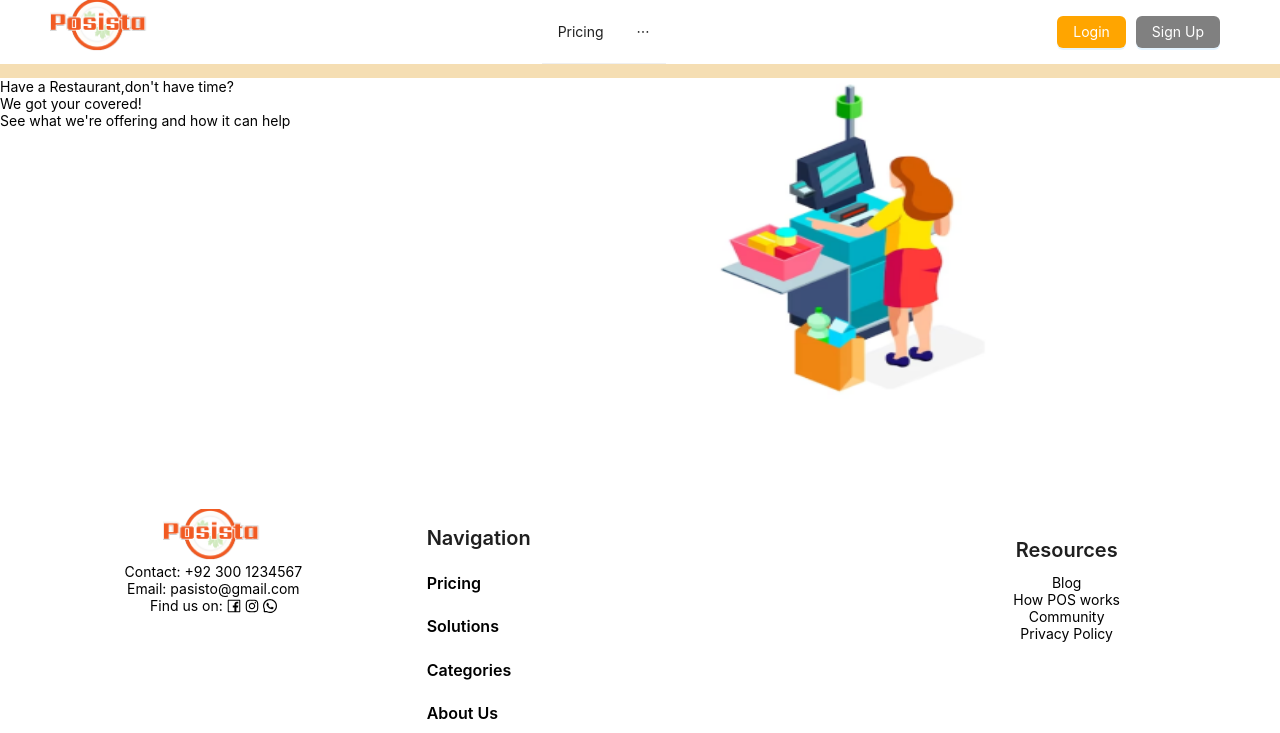
Repository: usmanarshad90/Posista
Page: / (app in test/)
The author's editor kept a copy of each file at every save. The page is drawn from the files as they stood at one save, then again after the next save.
The browser window is 1280 px wide. The pictures show the whole page.
The project was rebuilt for these pictures with package versions that can differ from the ones it lists, and the page was loaded fresh each time. Also part of the build but not shown: test/src/components/Pricing/Pricing.jsx, test/src/components/Solution/Solutions.jsx, test/src/components/About/AboutUs.jsx, test/src/components/login/login.jsx, test/src/components/signup/signup.jsx.

Above is the page before, as saved 2023-11-28 14:50:46.

After the next save:
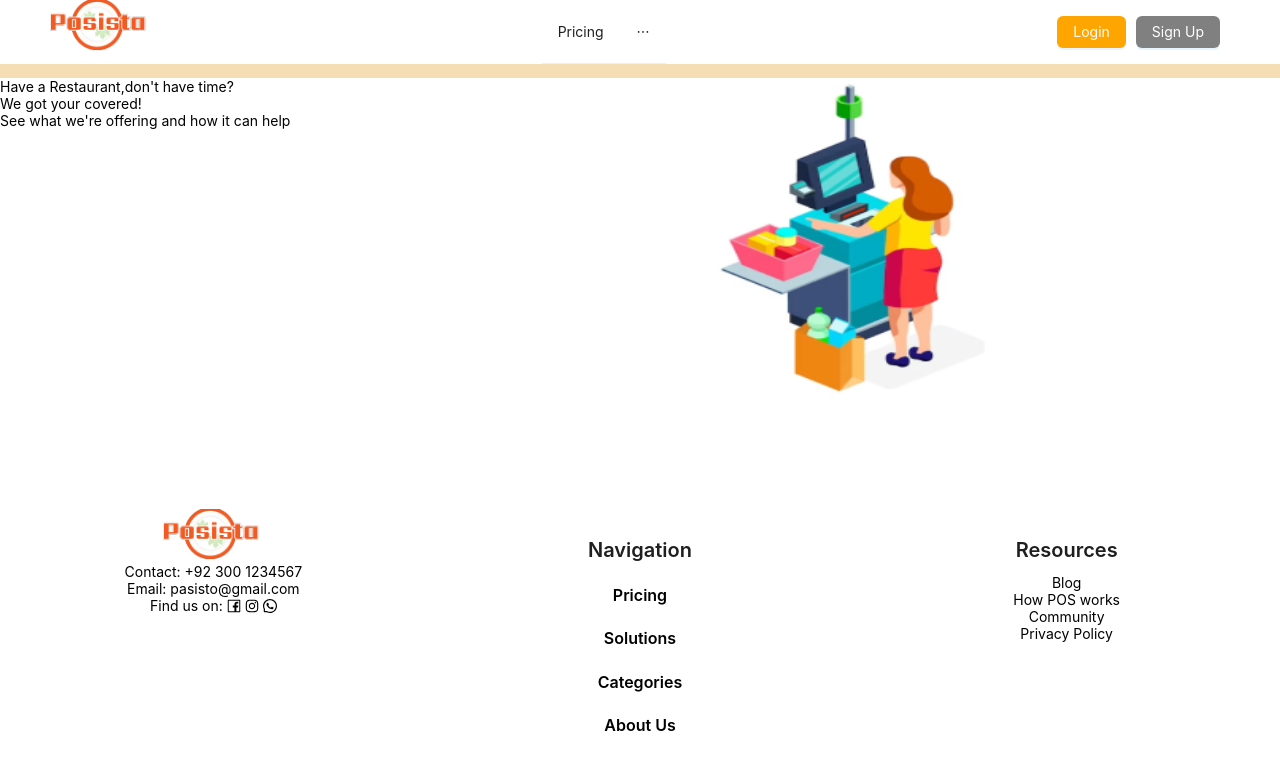
Saved 12 s later.
--- a/test/src/components/Footer/Footer.jsx
+++ b/test/src/components/Footer/Footer.jsx
@@ -26,7 +26,7 @@ const Footer = () => {
         </div>
       </Col>
 
-      <Col lg={{ span: 8, order: 1 }} md={6} xs={4} xl={8} xxl={8} >
+      <Col lg={{ span: 8, order: 1 }} md={6} xs={4} xl={8} xxl={8} style={style}>
         <Typography.Title level={4} >Navigation </Typography.Title>
         <Typography.Title level={5}>
           <Link to={'/pricing'} style={{ color: 'black' }} >
